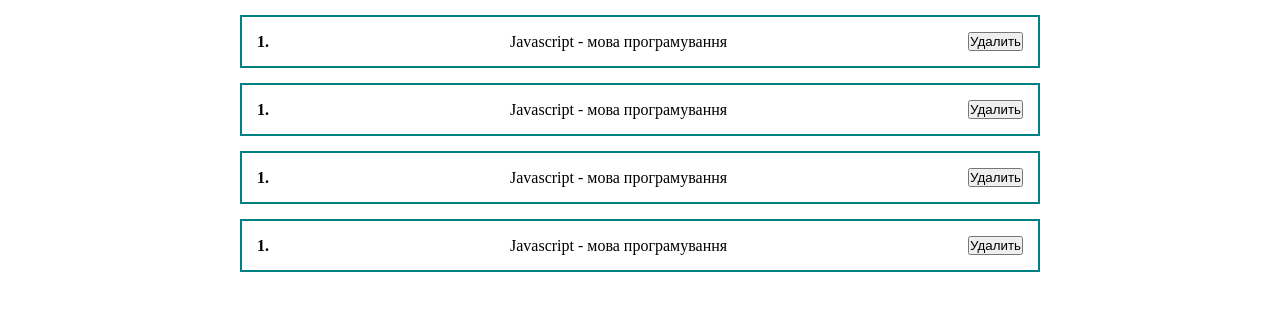
Repository: otvertka/ulb2_react
Page: / (app in jk_project/)
An editor plug-in stored every save of this project. The page is shown before and after the next save, followed by the edit.
The browser window is 1280 px wide. The pictures show the whole page.
The project was rebuilt for these pictures with package versions that can differ from the ones it lists, and the page was loaded fresh each time. Also part of the build but not shown: jk_project/src/component/Counter.jsx, jk_project/src/component/ClassCounter.jsx.

Above is the page before, as saved 2023-09-08 10:40:11.

### jk_project/public/index.html
<!DOCTYPE html>
<html lang="en">
  <head>
    <meta charset="utf-8" />

    <meta name="viewport" content="width=device-width, initial-scale=1" />

    <title>React App</title>
  </head>
  <body>
    <noscript>You need to enable JavaScript to run this app.</noscript>
    <div id="root"></div>
    <!-- Здесь будет приложение JS -->
  </body>
</html>

### jk_project/src/App.js
import React, { useState } from "react";
import Counter from "./component/Counter";
import ClassCounter from "./component/ClassCounter";
import classes from "./styles/App.css";
import PostItem from "./component/PostItem";

function App() {
  // const [count, setCount] = useState(0);
  const [value, setValue] = useState("");

  return (
    <div className="App">
      <PostItem post={{ id: 1, title: "JavaScript", body: "Description" }} />
      <PostItem />
      <PostItem />
      <PostItem />
    </div>
  );
}

export default App;

### jk_project/src/styles/app.css
* {
  margin: 0;
  padding: 0;
  box-sizing: border-box;
}

#root {
  display: flex;
  justify-content: center;
}

.App {
  width: 800px;
}

.post {
  display: flex;
  padding: 15px;
  border: 2px solid teal;
  margin-top: 15px;
  justify-content: space-between;
  align-items: center;
}

### jk_project/src/component/PostItem.jsx
import React from "react";

const PostItem = (props) => {
  console.log(props);
  return (
    <div>
      <div className="post">
        <div className="post__content">
          <strong>1. {props.title}</strong>
        </div>
        <div>Javascript - мова програмування</div>
        <div className="post__btns">
          <button>Удалить</button>
        </div>
      </div>
    </div>
  );
};

export default PostItem;

Loaded but not shown: jk_project/src/index.js (common file)

After the next save:
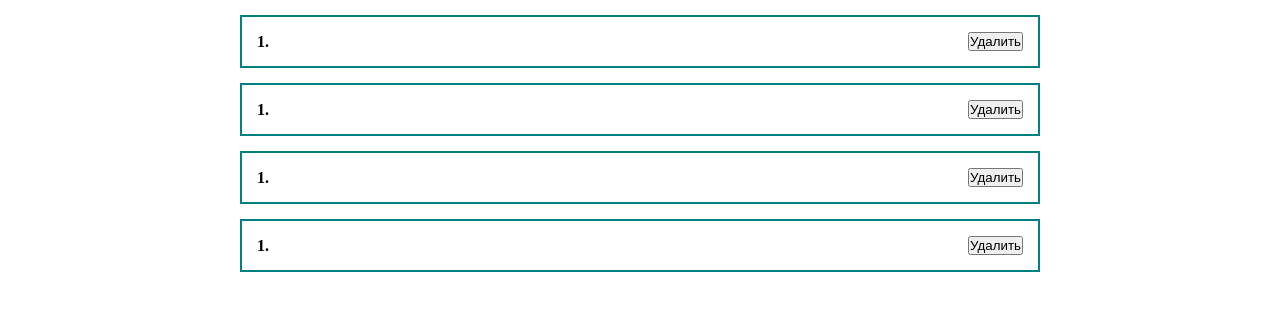
Saved 20 min 53 s later.
--- a/jk_project/src/component/PostItem.jsx
+++ b/jk_project/src/component/PostItem.jsx
@@ -8,7 +8,7 @@ const PostItem = (props) => {
         <div className="post__content">
           <strong>1. {props.title}</strong>
         </div>
-        <div>Javascript - мова програмування</div>
+        <div>{props.body}</div>
         <div className="post__btns">
           <button>Удалить</button>
         </div>
